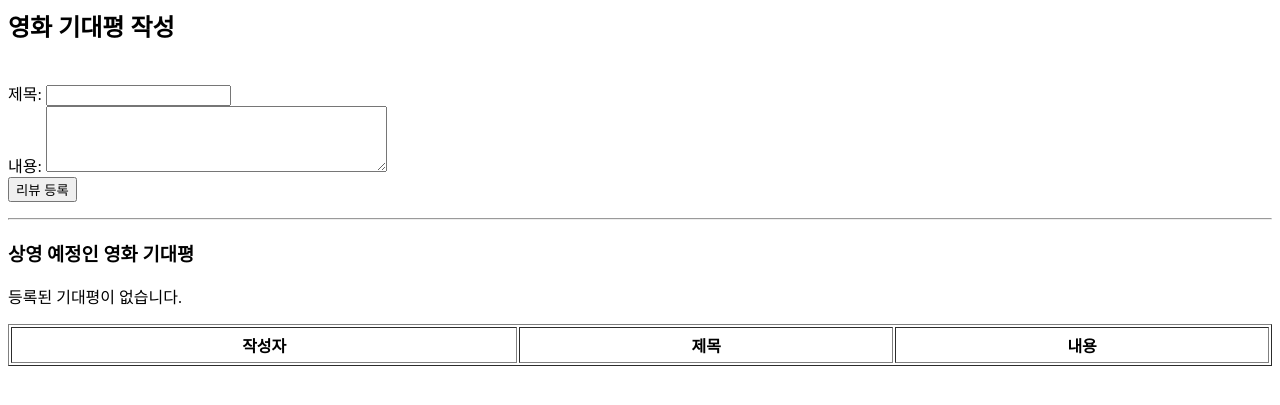
Repository: smallomg/bg-spring
Page: http://localhost/test3/WEB-INF/views/contentForm.jsp
The author's editor kept a copy of each file at every save. The page is drawn from the files as they stood at one save, then again after the next save.
The browser window is 1280 px wide. The pictures show the whole page.
The page is served by Tomcat 10. Nobody is signed in. Other server files are loaded and not shown. The template is opened directly, without the code that normally fills it, so the values that code supplies are empty.

Above is the page before, as saved 2025-05-13 08:46:13.

### ldy_spring/test3/src/main/webapp/WEB-INF/views/contentForm.jsp
<%@ page contentType="text/html;charset=UTF-8"%>
<%@ taglib prefix="c" uri="jakarta.tags.core"%>

<h2>영화 기대평 작성</h2>

<form action="/review/contentInsert" method="post">
	<input type="hidden" name="mno" value="${mno}" /> <br> <label>제목:</label>
	<input type="text" name="title" /><br> <label>내용:</label>
	<textarea name="content" rows="4" cols="40"></textarea>
	<br> <input type="submit" value="리뷰 등록">
</form>

<hr>

<h3>상영 예정인 영화 기대평</h3>
<c:if test="${empty reviews}">
	<p>등록된 기대평이 없습니다.</p>
</c:if>

<table border="1" width="100%" cellpadding="5">
	<tr>
		<th>작성자</th>
		<th>제목</th>
		<th>내용</th>

	</tr>
	<c:forEach var="r" items="${reviews}">
		<tr>
			<td>${r.id}</td>
			<td>${r.title}</td>
			<td>${r.content}</td>

		</tr>
	</c:forEach>
</table>

After the next save:
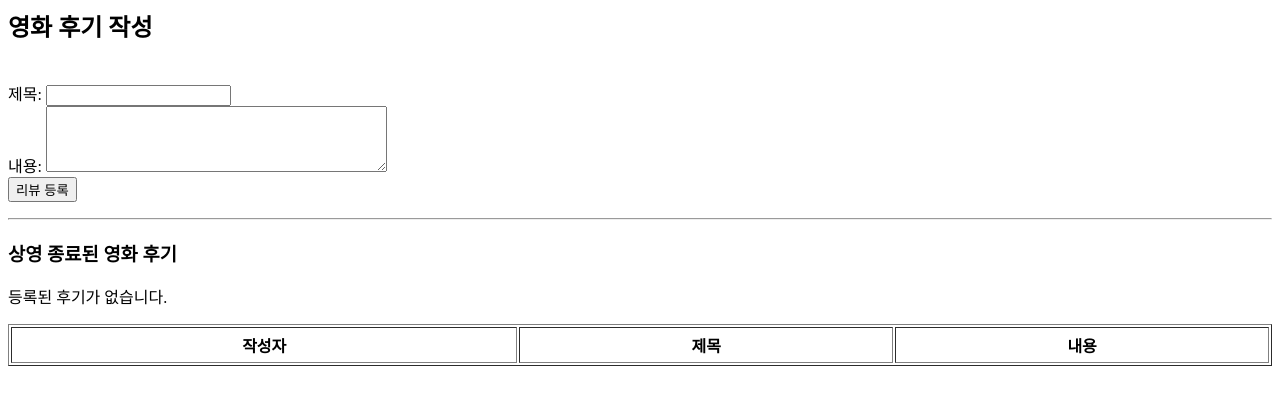
Saved 41 s later.
--- a/ldy_spring/test3/src/main/webapp/WEB-INF/views/contentForm.jsp
+++ b/ldy_spring/test3/src/main/webapp/WEB-INF/views/contentForm.jsp
@@ -1,7 +1,7 @@
 <%@ page contentType="text/html;charset=UTF-8"%>
 <%@ taglib prefix="c" uri="jakarta.tags.core"%>
 
-<h2>영화 기대평 작성</h2>
+<h2>영화 후기 작성</h2>
 
 <form action="/review/contentInsert" method="post">
 	<input type="hidden" name="mno" value="${mno}" /> <br> <label>제목:</label>
@@ -12,9 +12,9 @@
 
 <hr>
 
-<h3>상영 예정인 영화 기대평</h3>
+<h3>상영 종료된 영화 후기</h3>
 <c:if test="${empty reviews}">
-	<p>등록된 기대평이 없습니다.</p>
+	<p>등록된 후기가 없습니다.</p>
 </c:if>
 
 <table border="1" width="100%" cellpadding="5">
